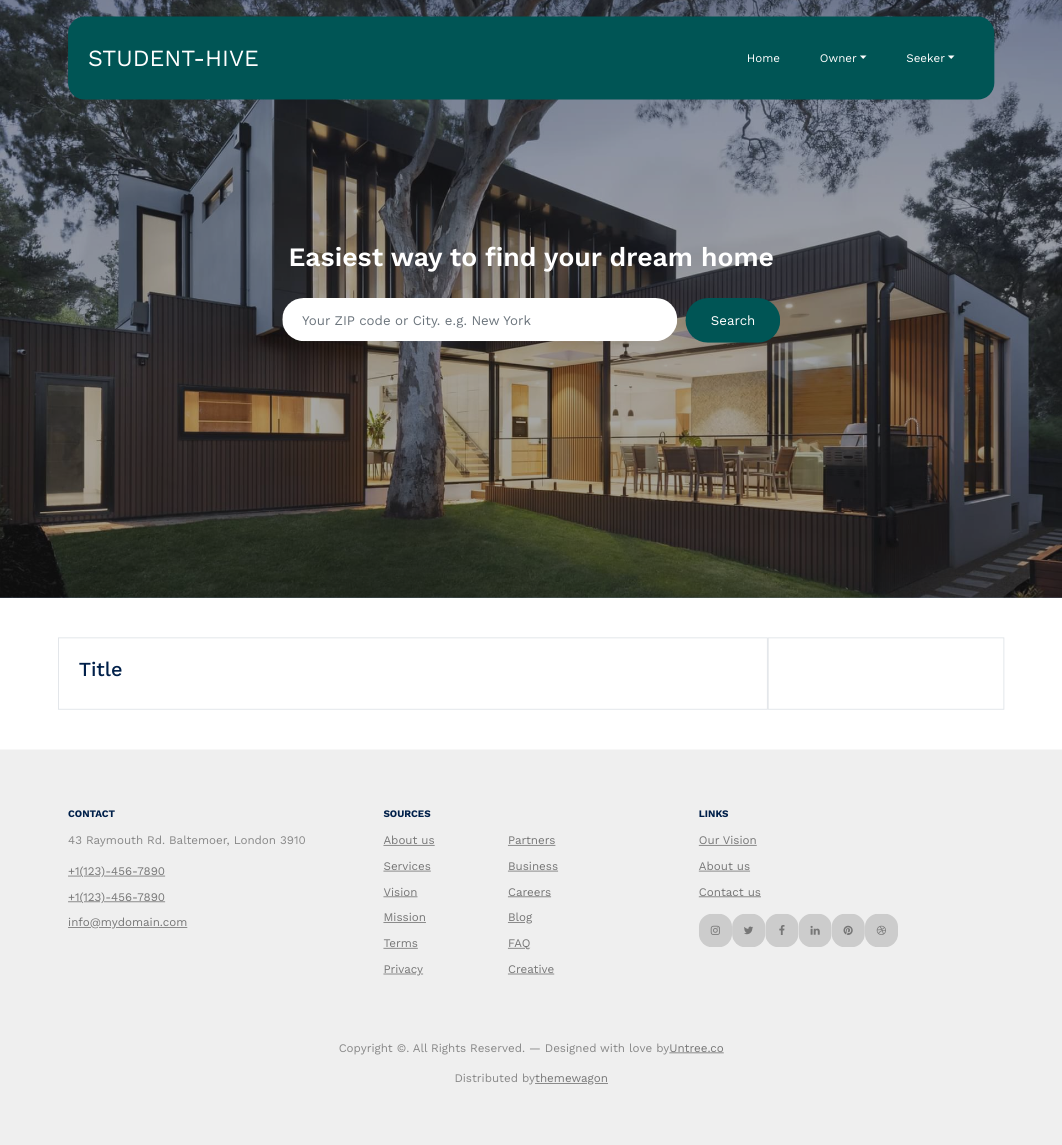
Repository: Farhan0021/Rentalproject
Page: /details (app in front/)
An editor plug-in stored every save of this project. The page is shown before and after the next save, followed by the edit.
The browser window is 1280 px wide. The pictures show the whole page, at 83% of full size.
The project was rebuilt for these pictures with package versions that can differ from the ones it lists, and the page was loaded fresh each time. Also part of the build but not shown: front/vite.config.js, front/src/pages/Home.jsx, front/src/pages/seekers/Login.jsx, front/src/schema/SeekerSignupSchema.jsx, front/src/pages/seekers/Signup.jsx, front/src/pages/owner/Login.jsx, front/src/schema/OwnerSignupSchema.jsx, front/src/pages/owner/Signup.jsx.

Above is the page before, as saved 2025-04-30 15:46:38.
Console error: TypeError: Cannot read properties of null (reading 'style')

After the next save:
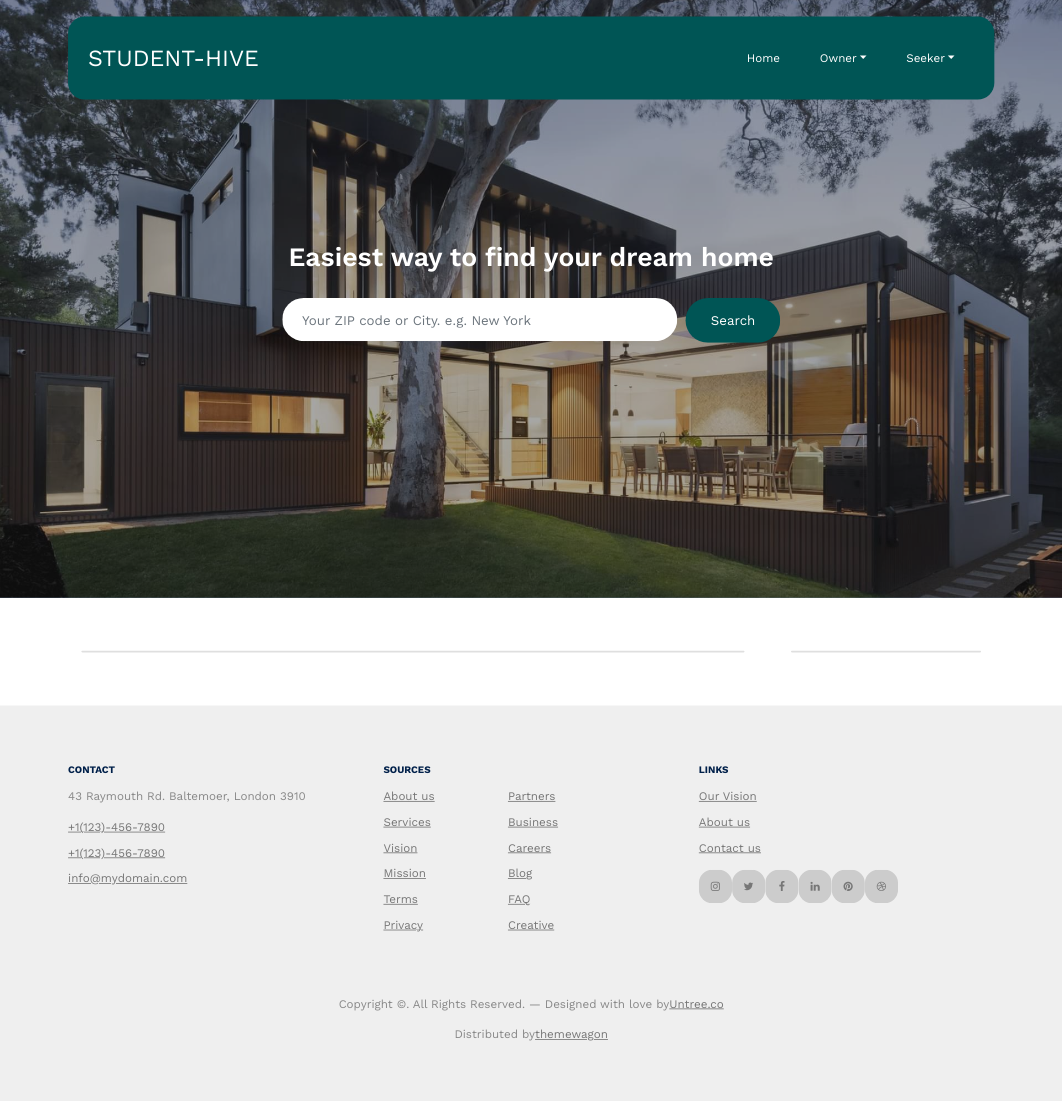
Saved 6 h 31 min later.
--- a/front/src/pages/Details.jsx
+++ b/front/src/pages/Details.jsx
@@ -4,10 +4,12 @@ const Details = () => {
     return (
         <div className="container my-5">
             <div className="row">
-                <div className="col-md-9 border p-4">
-                    <h4>Title</h4>
+                <div className="col-md-9 ">
+                    <div className="card m-3"></div>
                 </div>
-                <div className="col-md-3 border p-4"></div>
+                <div className="col-md-3">
+                    <div className="card m-3"></div>
+                </div>
             </div>
         </div>
     )
